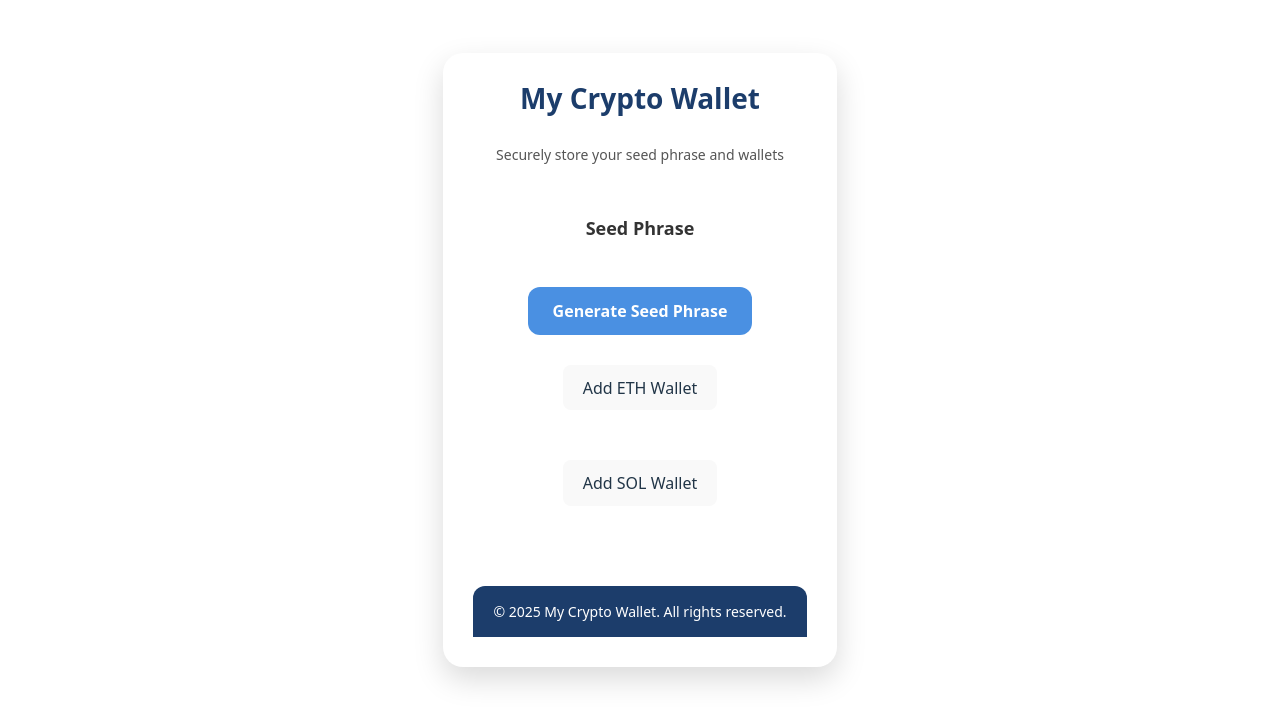
Repository: nishantsingh02/web-based-wallet-web-3
Page: /
An editor plug-in stored every save of this project. The page is shown before and after the next save, followed by the edit.
The browser window is 1280 px wide. The pictures show the whole page.
The project was rebuilt for these pictures with package versions that can differ from the ones it lists, and the page was loaded fresh each time. Also part of the build but not shown: vite.config.ts.

Above is the page before, as saved 2025-10-07 02:09:56.

### index.html
<!doctype html>
<html lang="en">
  <head>
    <meta charset="UTF-8" />
    <link rel="icon" type="image/svg+xml" href="/vite.svg" />
    <meta name="viewport" content="width=device-width, initial-scale=1.0" />
    <title>web-wallet</title>
  </head>
  <body>
    <div id="root"></div>
    <script type="module" src="/src/main.tsx"></script>
  </body>
</html>

### src/App.tsx
import { useState } from "react";
import { generateMnemonic } from "bip39";

import "./App.css";
import ETH_wallet from "./components/ETH_wallet";
import SOL_wallet from "./components/SOL_wallet";

function App() {
  const [mnemonic, setMnemonic] = useState(() => {
    return localStorage.getItem("mnemonic") || "";
  });

  // const [mnemonic, setMnemonic] = useState("");

  const words = mnemonic ? mnemonic.split(" ") : [];

  // this function make sure that we dont genrate differnt seeds multiple time
  const handleGenrate = () => {
    const mn = generateMnemonic();
    setMnemonic(mn);
    localStorage.setItem("mnemonic", mn);
  };

  return (
    <div className="">
      <div className="wallet-card">
        {/* Header */}
        <h1 className="wallet-title">My Crypto Wallet</h1>
        <p className="wallet-subtitle">
          Securely store your seed phrase and wallets
        </p>

        {/* Seed Phrase Section */}
        <div className="seed-section">
          <h2 className="section-title">Seed Phrase</h2>
          <div className="mnemonic-container">
            {words.map((word, index) => (
              <div key={index} className="mnemonic-box">
                {word}
              </div>
            ))}
          </div>
          <button
            className="generate-btn"
            onClick={handleGenrate}
            disabled={!!mnemonic}
          >
            {mnemonic ? "Seed Phrase Generated" : "Generate Seed Phrase"}
          </button>
        </div>

        {/* ETH Wallet Section */}
        <ETH_wallet mnemonic={mnemonic} />

        {/* SOL Wallet Section */}
        <SOL_wallet mnemonic={mnemonic} />
      <div className="app-footer">
        <p>© 2025 My Crypto Wallet. All rights reserved.</p>
      </div>
      </div>



    </div>
  );
}

export default App;

### src/App.css
@import "tailwindcss";

#root {
  max-width: 1280px;
  margin: 0 auto;
  padding: 2rem;
  text-align: center;
}

/* App container */
.app-container {
  min-height: 100vh;
  display: flex;
  justify-content: center;
  align-items: flex-start;
  background-color: #f0f2f5;
  padding: 40px;
  font-family: 'Segoe UI', Tahoma, Geneva, Verdana, sans-serif;
}

/* Wallet Card */
.wallet-card {
  background-color: #ffffff;
  padding: 30px;
  border-radius: 20px;
  box-shadow: 0 12px 30px rgba(0,0,0,0.15);
  max-width: 800px;
  width: 100%;
  display: flex;
  flex-direction: column;
  gap: 30px;
}

/* Titles */
.wallet-title {
  text-align: center;
  font-size: 28px;
  font-weight: bold;
  color: #1c3d6b;
}

.wallet-subtitle {
  text-align: center;
  font-size: 14px;
  color: #555;
  margin-bottom: 20px;
}

/* Seed Phrase */
.seed-section {
  display: flex;
  flex-direction: column;
  align-items: center;
  gap: 15px;
}

.section-title {
  font-size: 18px;
  font-weight: 600;
  color: #333;
}

.mnemonic-container {
  display: flex;
  flex-wrap: wrap;
  justify-content: center;
  gap: 10px;
}

.mnemonic-box {
  background-color: #e0f0ff;
  padding: 10px 15px;
  border-radius: 8px;
  font-weight: 600;
  color: #1a1a1a;
  box-shadow: 0 3px 6px rgba(0,0,0,0.1);
  transition: transform 0.2s, box-shadow 0.2s;
  cursor: default;
}

.mnemonic-box:hover {
  transform: translateY(-3px);
  box-shadow: 0 6px 12px rgba(0,0,0,0.15);
}

/* Button */
.generate-btn {
  margin-top: 15px;
  padding: 12px 25px;
  background-color: #4a90e2;
  color: #fff;
  border: none;
  border-radius: 12px;
  font-weight: bold;
  cursor: pointer;
  transition: background-color 0.3s, transform 0.2s;
}

.generate-btn:hover {
  background-color: #1c6ed0;
  transform: translateY(-2px);
}

.generate-btn:disabled {
  background-color: #a5b4fc; /* Indigo-300 */
  cursor: not-allowed;
}

.app-footer {
  width: 100%;
  padding: 15px 20px;
  background-color: #1c3d6b;
  color: #fff;
  text-align: center;
  font-size: 14px;
  border-top-left-radius: 12px;
  border-top-right-radius: 12px;
  margin-top: 30px;
}

/* Mobile-friendly adjustments */
@media (max-width: 639px) {
  .app-footer {
    font-size: 12px;
    padding: 12px 15px;
  }
}


.addresses-container {
  display: flex;
  flex-wrap: wrap;
  gap: 15px;
  justify-content: center;
  margin-top: 20px;
}

.address-card {
  padding: 12px 20px;
  border-radius: 12px;
  border: 2px solid #4a90e2;
  background: linear-gradient(135deg, #e0f0ff, #c0e0ff);
  color: #1a1a1a;
  font-weight: 600;
  min-width: 250px;
  text-align: center;
  box-shadow: 0 4px 10px rgba(0, 0, 0, 0.1);
  cursor: pointer;

  /* animation */
  transform: translateY(-20px);
  opacity: 0;
  animation: slideIn 0.5s forwards;
  animation-delay: calc(var(--idx) * 0.1s); /* stagger effect */
}

.address-card:hover {
  background: linear-gradient(135deg, #4a90e2, #1c6ed0);
  color: white;
  transform: scale(1.05);
  transition: all 0.3s ease;
}

.balance {
  font-weight: 700;
  color: #0d47a1;
}

/* slide-in animation */
@keyframes slideIn {
  to {
    transform: translateY(0);
    opacity: 1;
  }
}


.container {
  text-align: center;
  margin-top: 40px;
}

.mnemonic-boxes {
  display: flex;
  flex-wrap: wrap;
  justify-content: center;
  gap: 10px;
  margin: 20px 0;
}

.word-box {
  padding: 10px 14px;
  border: 2px solid #4a90e2;
  border-radius: 10px;
  font-weight: 600;
  background-color: #f5f8ff;
  color: #333;
  transition: 0.2s;
}

.word-box:hover {
  background-color: #4a90e2;
  color: white;
}


.logo {
  height: 6em;
  padding: 1.5em;
  will-change: filter;
  transition: filter 300ms;
}
.logo:hover {
  filter: drop-shadow(0 0 2em #646cffaa);
}
.logo.react:hover {
  filter: drop-shadow(0 0 2em #61dafbaa);
}

@keyframes logo-spin {
  from {
    transform: rotate(0deg);
  }
  to {
    transform: rotate(360deg);
  }
}

@media (prefers-reduced-motion: no-preference) {
  a:nth-of-type(2) .logo {
    animation: logo-spin infinite 20s linear;
  }
}

.card {
  padding: 2em;
}

.read-the-docs {
  color: #888;
}

### src/components/ETH_wallet.tsx
import { mnemonicToSeed } from "bip39";
import { Wallet, HDNodeWallet } from "ethers";
import { useState } from "react";

interface ETHWalletProps {
    mnemonic: string
}

function ETH_wallet({ mnemonic }: ETHWalletProps) {
  const [currentIndex, setCurrentIndex] = useState(0);
  const [addresses, setAddresses] = useState<string[]>([]);

  return (
    <div>
      <button
        onClick={async () => {
          const seed = await mnemonicToSeed(mnemonic); // convert words → seed bytes
          const derivationPath = `m/44'/60'/${currentIndex}/0`;
          const hdNode = HDNodeWallet.fromSeed(seed); // create master wallet
          const child = hdNode.derivePath(derivationPath); // specific account
          const privateKey: string = child.privateKey;
          const wallet = new Wallet(privateKey);
          setCurrentIndex(currentIndex + 1);
          setAddresses([...addresses, wallet.address]);
        }}
      >
        Add ETH Wallet
      </button>

        {/* render the public keys keys  */}
      <div className="addresses-container">
        {addresses.map((addr, idx) => (
          <div key={idx} className="address-card">
            <span>Account {idx + 1} - {addr}</span>

          </div>
        ))}
      </div>

    </div>
  );
}

export default ETH_wallet;

### src/components/SOL_wallet.tsx
import { useState } from "react";
import { mnemonicToSeed } from "bip39";
import { derivePath } from "ed25519-hd-key";
import nacl from "tweetnacl";
import { Keypair, PublicKey } from "@solana/web3.js";

interface SOLWalletProps {
  mnemonic: string;
}

function SOL_wallet({ mnemonic }: SOLWalletProps) {
  const [currentIndex, setCurrentIndex] = useState(0);
  const [publicKeys, setPublicKeys] = useState<PublicKey[]>([]);

  return (
    <div>
      <button
        onClick={async () => {
          const seed = await mnemonicToSeed(mnemonic);
          const path = `m/44'/501'/${currentIndex}'`;
          const derivedSeed = derivePath(path, seed.toString("hex")).key;
          console.log(derivedSeed);
          const secret = nacl.sign.keyPair.fromSeed(derivedSeed).secretKey; // genrate the public and private key pair where we only select .secretKey that is a private key
          const keypair = Keypair.fromSecretKey(secret); // this can genrate kepair object that contain .publicKey and .secretkey
          setCurrentIndex(currentIndex + 1);
          setPublicKeys([...publicKeys, keypair.publicKey]);
        }}
      >
        Add SOL Wallet
      </button>

         {/* render the public keys keys  */}
      <div className="addresses-container" >
        {publicKeys.map((p, idx) => (
          <div key ={idx} className="address-card" >Account {idx + 1} - {p.toBase58()}</div>
        ))}
      </div>
    </div>
  );
}

export default SOL_wallet;

Loaded but not shown: src/main.tsx (common file); src/index.css (common file)

After the next save:
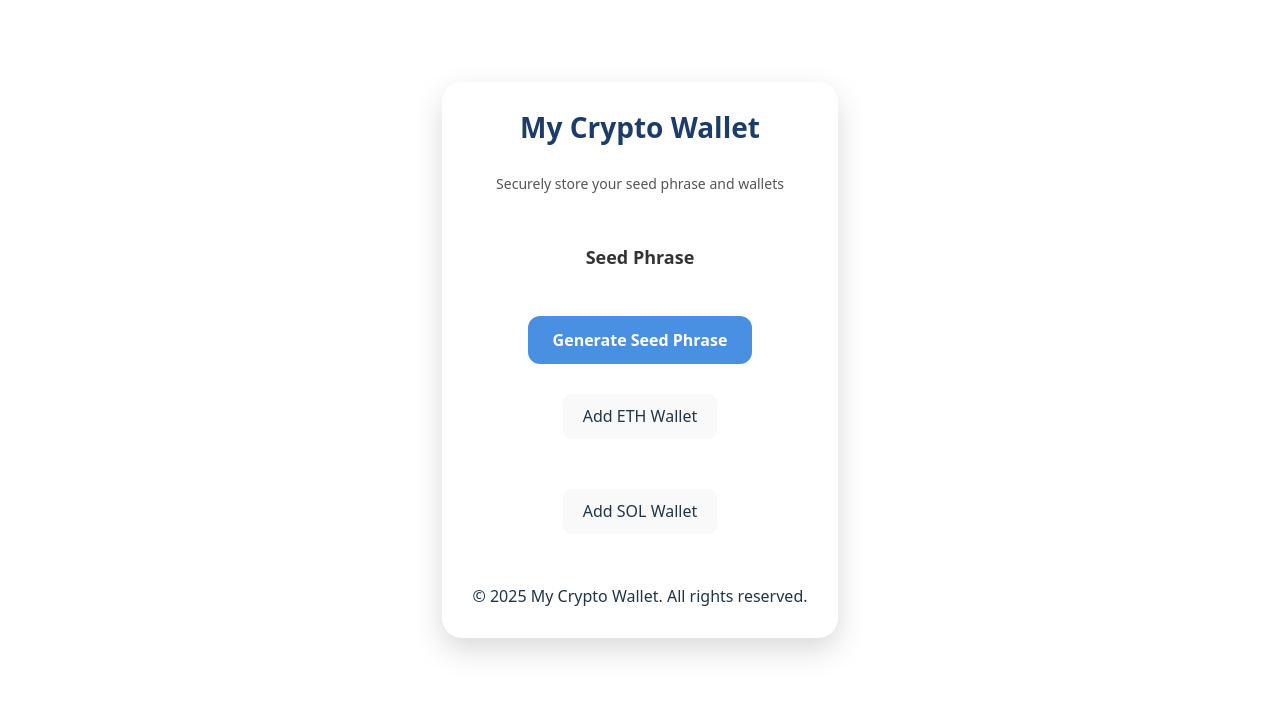
Saved 41 s later.
--- a/src/App.tsx
+++ b/src/App.tsx
@@ -54,7 +54,7 @@ function App() {
 
         {/* SOL Wallet Section */}
         <SOL_wallet mnemonic={mnemonic} />
-      <div className="app-footer">
+      <div className="">
         <p>© 2025 My Crypto Wallet. All rights reserved.</p>
       </div>
       </div>
